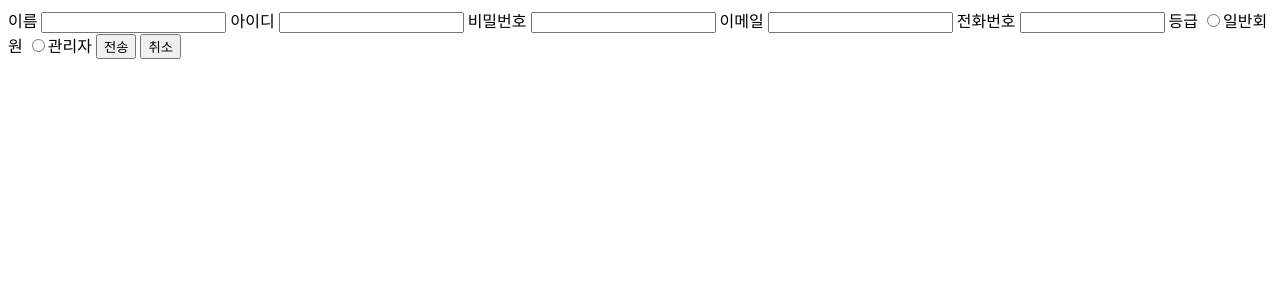
Repository: totesbk/JSP-
Page: http://localhost/web08/form.jsp
These files come from the project's save history. The page is drawn as it stood at one moment and after the next save; the edit follows.
The browser window is 1280 px wide. The pictures show the whole page.
The page is served by Tomcat 9.

Above is the page before, as saved 2020-10-13 02:08:00.

### web08/WebContent/form.jsp
<%@ page language="java" contentType="text/html; charset=UTF-8"
pageEncoding="UTF-8"%>
<!DOCTYPE html>
<html>
  <head>
    <meta charset="UTF-8" />
    <title>Insert title here</title>
  </head>
  <body>
   <form action="ex04_insert.jsp" method="post">
   		<tr>
   			<td>이름</td>
   			<td><input type="text" name="name" size="20"></td>
   		</tr>
   		<tr>
   			<td>아이디</td>
   			<td><input type="text" name="userid" size="20"></td>
   		</tr>
   		<tr>
   			<td>비밀번호</td>
   			<td><input type="password" name="userpwd" size="20"></td>
   		</tr>

   		<tr>
   			<td>이메일</td>
   			<td><input type="text" name="email" size="20"></td>
   		</tr>

   		<tr>
   			<td>전화번호</td>
   			<td><input type="text" name="phone" size="15"></td>
   		</tr>

   		<tr>
   			<td>등급</td>
   			<td>
   			<input type="radio" name="admin" value="0">일반회원
   			<input type="radio" name="admin" value="1">관리자
   			</td>
   		</tr>
   		<tr>
   			<td><input type="submit" value="전송"></td>
   			<td><input type="reset" value="취소"></td>
   		</tr>



    </form>
  </body>
</html>

After the next save:
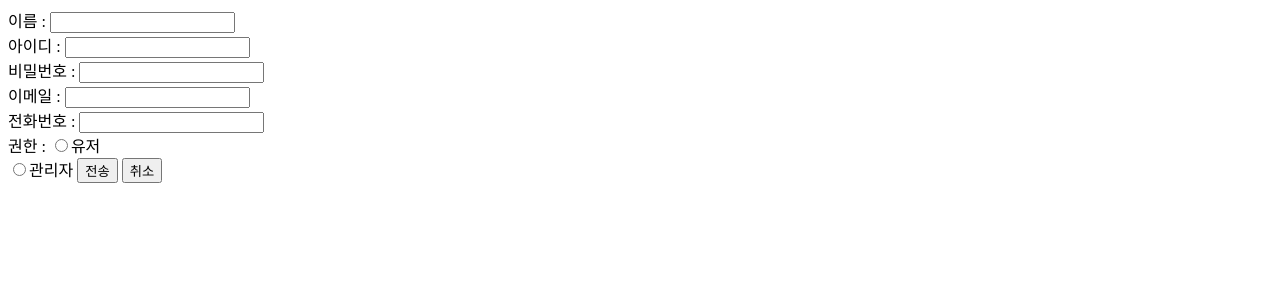
Saved 83 s later.
--- a/web08/WebContent/form.jsp
+++ b/web08/WebContent/form.jsp
@@ -7,44 +7,28 @@
     <title>Insert title here</title>
   </head>
   <body>
-   <form action="ex04_insert.jsp" method="post">
-   		<tr>
-   			<td>이름</td>
-   			<td><input type="text" name="name" size="20"></td>
-   		</tr>
-   		<tr>
-   			<td>아이디</td>
-   			<td><input type="text" name="userid" size="20"></td>
-   		</tr>
-   		<tr>
-   			<td>비밀번호</td>
-   			<td><input type="password" name="userpwd" size="20"></td>
-   		</tr>
+    <form method="get" action="formInsert.jsp">
+      <label for="name">이름 :</label>
+      <input type="text" name="name" id="name" /><br />
 
-   		<tr>
-   			<td>이메일</td>
-   			<td><input type="text" name="email" size="20"></td>
-   		</tr>
+      <label for="userid">아이디 :</label>
+      <input type="text" name="userid" id="userid" /><br />
 
-   		<tr>
-   			<td>전화번호</td>
-   			<td><input type="text" name="phone" size="15"></td>
-   		</tr>
+      <label for="userpwd">비밀번호 :</label>
+      <input type="password" name="userpwd" id="userpwd" /><br />
 
-   		<tr>
-   			<td>등급</td>
-   			<td>
-   			<input type="radio" name="admin" value="0">일반회원
-   			<input type="radio" name="admin" value="1">관리자
-   			</td>
-   		</tr>
-   		<tr>
-   			<td><input type="submit" value="전송"></td>
-   			<td><input type="reset" value="취소"></td>
-   		</tr>
+      <label for="email">이메일 :</label>
+      <input type="email" name="email" id="email" /><br />
 
+      <label for="phone">전화번호 :</label>
+      <input type="text" name="phone" id="phone" /><br />
 
+      <label for="admin">권한 :</label>
+      <input type="radio" name="admin" id="admin" value="0">유저 <br>
+      <input type="radio" name="admin" id="admin" value="1">관리자
 
+      <input type="submit" value="전송" />
+      <input type="reset" value="취소" />
     </form>
   </body>
 </html>
